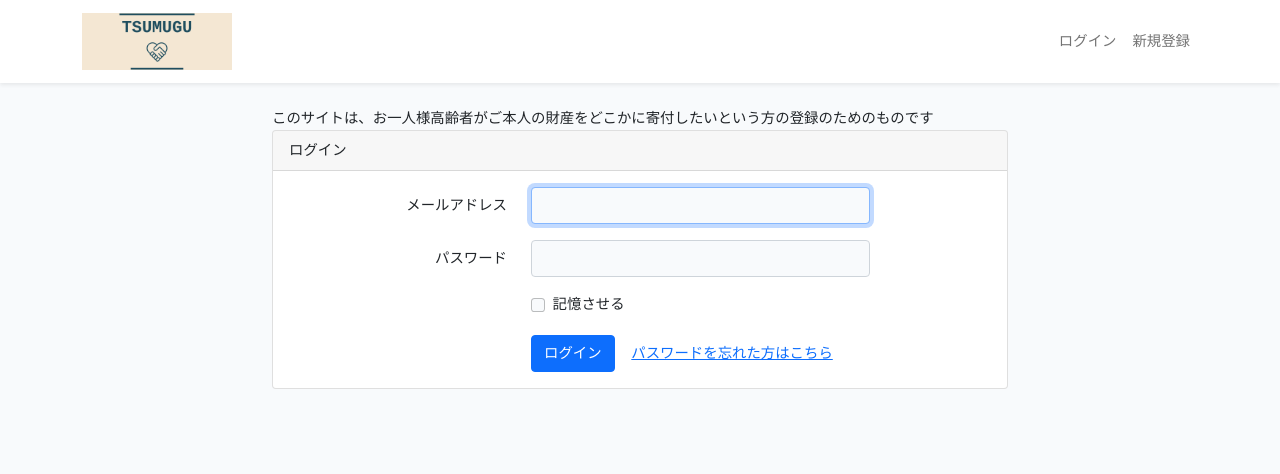
Repository: zukka1804/2-20220424
Page: http://localhost/login
The author's editor kept a record of every edit. The page is drawn from the files as they stood at one moment, then again after the next edit.
The browser window is 1280 px wide. The pictures show the whole page.
The page is served by the project's Laravel application, run on PHP 8.4 with Laravel 9.

Above is the page before.

After the next edit:
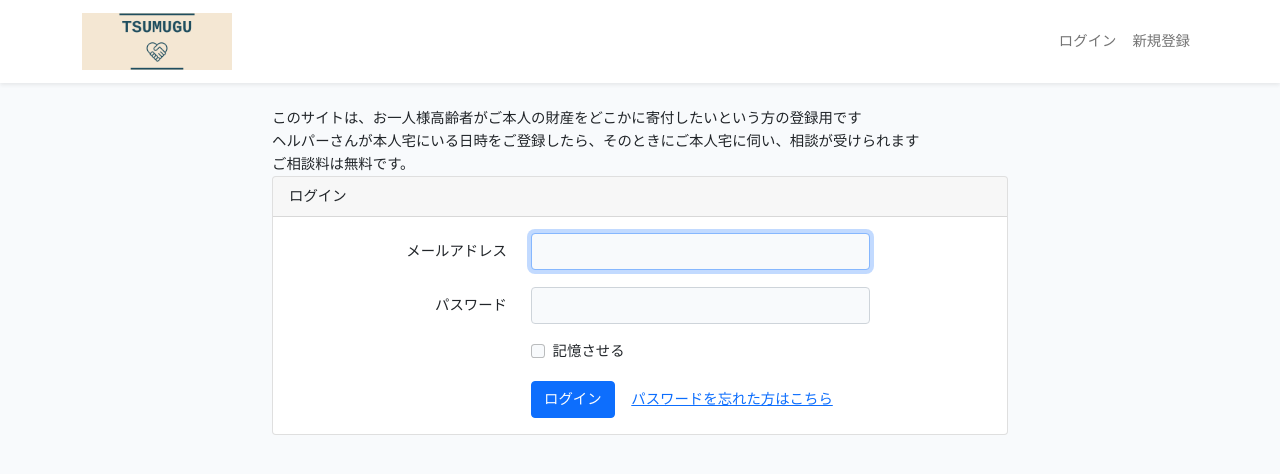
The edit:
--- a/cms/resources/views/auth/login.blade.php
+++ b/cms/resources/views/auth/login.blade.php
@@ -4,7 +4,9 @@
 <div class="container">
     <div class="row justify-content-center">
         <div class="col-md-8">
-             <div>このサイトは、お一人様高齢者がご本人の財産をどこかに寄付したいという方の登録のためのものです</div>
+             <div>このサイトは、お一人様高齢者がご本人の財産をどこかに寄付したいという方の登録用です</div>
+             <div>ヘルパーさんが本人宅にいる日時をご登録したら、そのときにご本人宅に伺い、相談が受けられます</div>
+             <div>ご相談料は無料です。</div>
             <div class="card">
 
 
